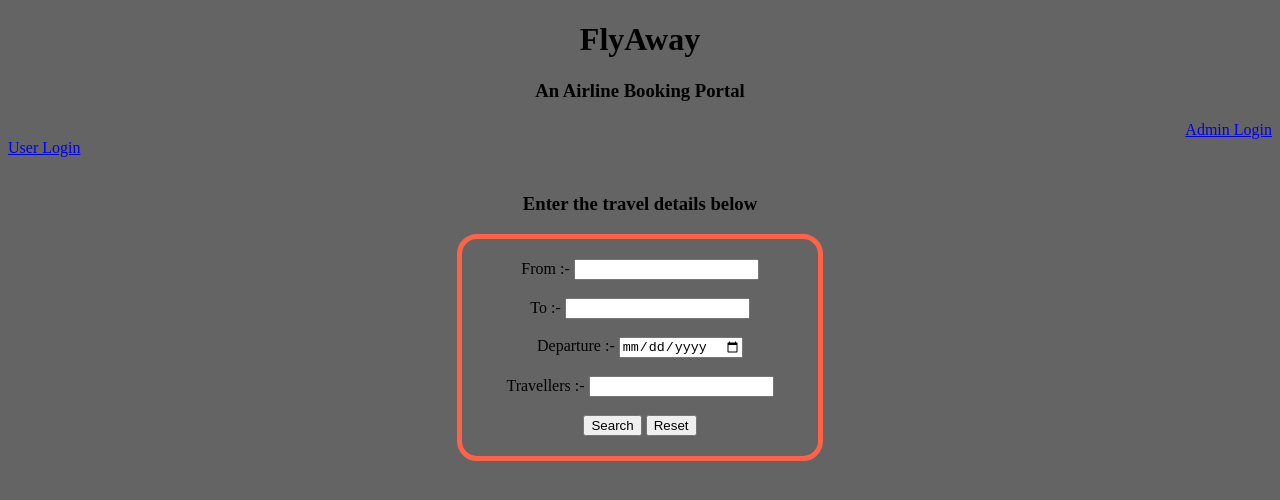
Repository: badrilogaram/Phase-two-project
Page: http://localhost/FlyAway-master/HomePage.jsp
An editor plug-in stored every save of this project. The page is shown before and after the next save, followed by the edit.
The browser window is 1280 px wide. The pictures show the whole page.
The page is served by Tomcat 9. Other server files are loaded and not shown.

Above is the page before, as saved 2021-05-27 22:56:06.

### FlyAway-master/src/main/webapp/HomePage.jsp
<%@ page language="java" contentType="text/html; charset=ISO-8859-1"
    pageEncoding="ISO-8859-1"%>
<%@ page import="java.util.*" %>
<!DOCTYPE html>
<html>
<head>
<meta charset="ISO-8859-1">
<title>FlyAway</title>
</head>
<body style="background-color:rgb(100,100,100)">
<h1><center>FlyAway</center></h1>
<h3><center>An Airline Booking Portal</center></h3>

<div align="right">
<a href="AdminPage.jsp">Admin Login</a>
</div>

<%
	@SuppressWarnings("unchecked")
	HashMap<String,String> user=(HashMap<String,String>)session.getAttribute("user");
	if(user!=null){
%>
<p>Welcome <%=user.get("name") %></p>
<a href="Logout">Logout</a>
<%
	}else{
%>
<a href=UserPage.jsp>User Login</a>
<%
	}
%>
<br><br>
<center>
<h3>Enter the travel details below</h3>
<div style="border:5px solid tomato;width:25%;border-radius:20px;padding:20px" align = "center">
<form action=FlightList method=post>
	<label for=from>From :-</label> <input type=text name=from id=from/><br><br>
	<label for=to>To :-</label> <input type=text name=to id=to/><br><br>
	<label for=departure>Departure :-</label> <input type=date name=departure id=departure/><br><br>
	<label for=travellers>Travellers :-</label> <input type=number name=travellers id=travellers/><br><br>
	<input type=submit value=Search /> <input type=reset />
</form>
</center>
</div>
</body>
</html>

After the next save:
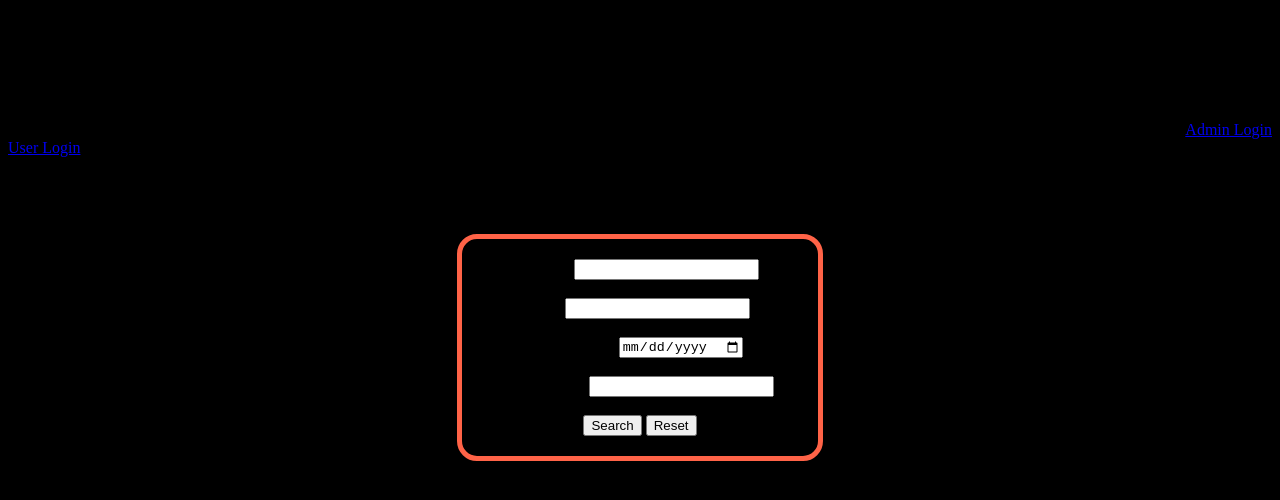
Saved 26 s later.
--- a/FlyAway-master/src/main/webapp/HomePage.jsp
+++ b/FlyAway-master/src/main/webapp/HomePage.jsp
@@ -7,7 +7,7 @@
 <meta charset="ISO-8859-1">
 <title>FlyAway</title>
 </head>
-<body style="background-color:rgb(100,100,100)">
+<body style="background-color:rgb(0,0,0)">
 <h1><center>FlyAway</center></h1>
 <h3><center>An Airline Booking Portal</center></h3>
 
